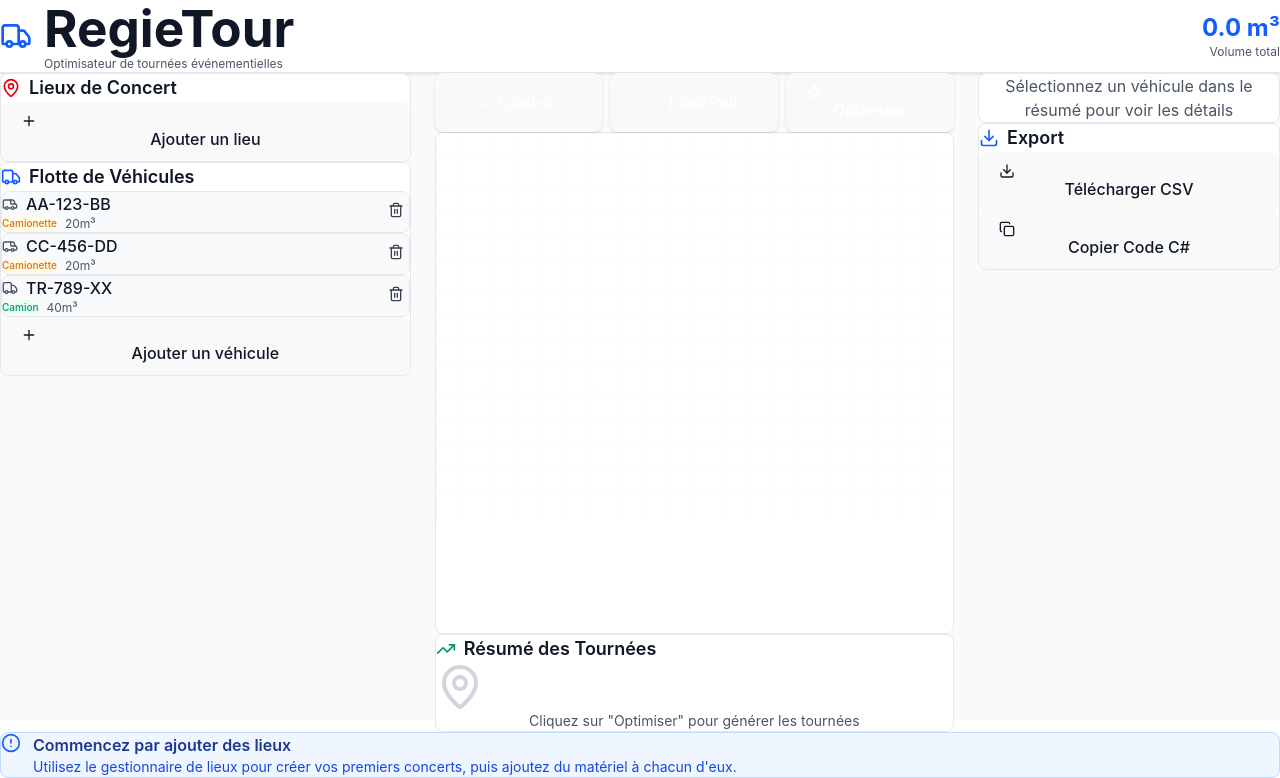
Repository: MaqlachMehdi/logipro
Page: /
These files come from the project's save history. The page is drawn as it stood at one moment and after a run of saves; the edit follows.
The browser window is 1280 px wide. The pictures show the whole page.
The project was rebuilt for these pictures with package versions that can differ from the ones it lists, and the page was loaded fresh each time. Also part of the build but not shown: vite.config.ts, src/components/ui/input.tsx, src/components/ui/label.tsx, src/components/VolumeEstimator.tsx, src/components/GearManager.tsx, src/components/ExportDatabase.tsx.

Above is the page before, as saved 2026-02-08 20:09:23.

After the next 6 saves:
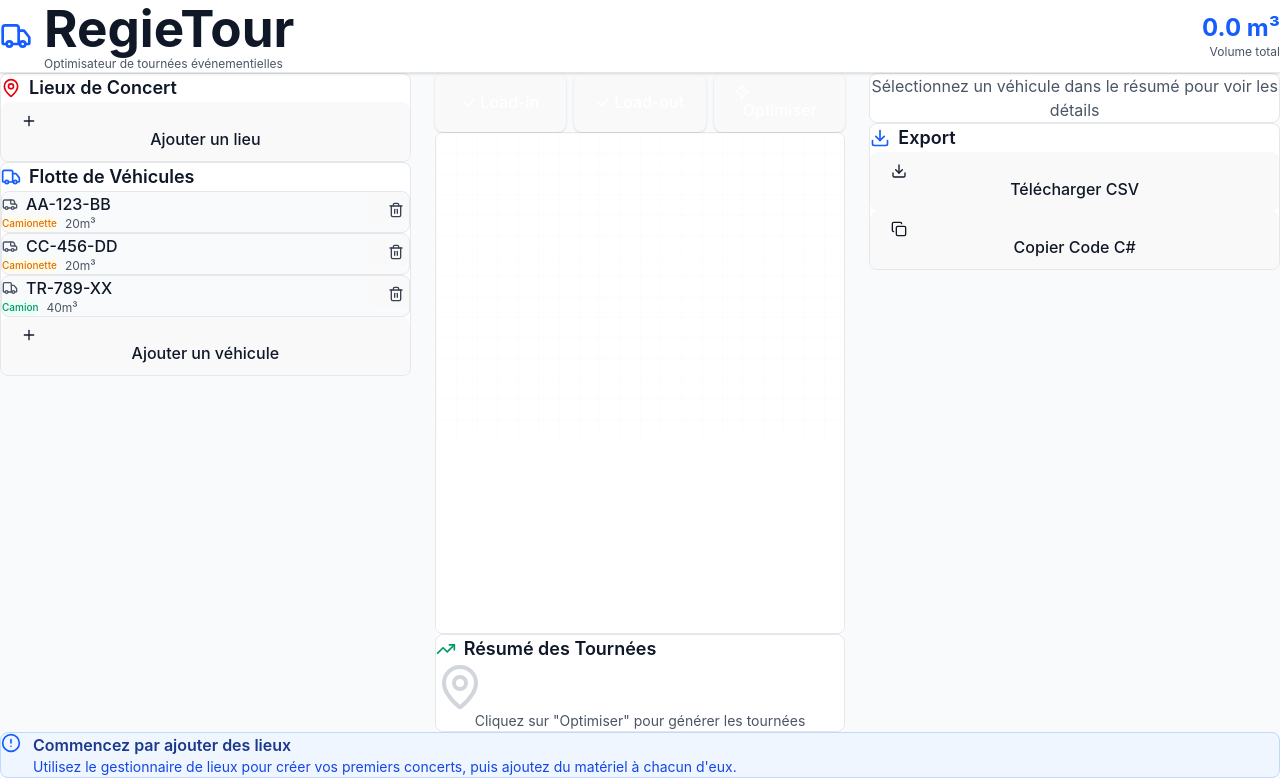
The 6 saves are shown as one change because 2 did not build or start and some came seconds apart.
The last was saved 35 s later.
--- a/src/App.tsx
+++ b/src/App.tsx
@@ -117,13 +117,13 @@ export default function App() {
   };
 
   return (
-    <div className="min-h-screen bg-gray-50 text-gray-900">
+    <div className="flex flex-col min-h-screen bg-gray-50 text-gray-900">
       {/* Header */}
-      <header className="bg-white border-b border-gray-200 px-6 py-4 shadow-sm">
+      <header className="sticky top-0 z-50 bg-white border-b border-gray-200 px-6 py-3 shadow-sm">
         <div className="max-w-7xl mx-auto">
           <div className="flex items-center justify-between">
             <div className="flex items-center gap-3">
-              <Truck className="w-8 h-8 text-blue-600" />
+              <Truck className="w-8 h-8 text-blue-600 flex-shrink-0" />
               <div>
                 <h1 className="text-2xl font-bold text-gray-900">RegieTour</h1>
                 <p className="text-xs text-gray-600">Optimisateur de tournées événementielles</p>
@@ -138,10 +138,11 @@ export default function App() {
       </header>
 
       {/* Main Content */}
-      <main className="max-w-7xl mx-auto px-6 py-8">
-        <div className="grid grid-cols-12 gap-6">
-          {/* Left Panel - Configuration */}
-          <div className="col-span-12 lg:col-span-4 space-y-6">
+      <main className="flex-1 w-full bg-gray-50">
+        <div className="max-w-full lg:max-w-7xl mx-auto px-4 sm:px-6 lg:px-8 py-6">
+          <div className="grid grid-cols-1 md:grid-cols-2 lg:grid-cols-3 gap-6">
+            {/* Left Panel - Configuration */}
+            <div className="col-span-1 space-y-6">
             <SpotManager
               spots={state.spots}
               selectedSpotId={state.selectedSpotId}
@@ -172,7 +173,7 @@ export default function App() {
           </div>
 
           {/* Center Panel - Map and Routes */}
-          <div className="col-span-12 lg:col-span-5 space-y-6">
+          <div className="col-span-1 space-y-6">
             <div className="space-y-3">
               <div className="flex gap-2">
                 <Button
@@ -220,7 +221,7 @@ export default function App() {
           </div>
 
           {/* Right Panel - Details and Export */}
-          <div className="col-span-12 lg:col-span-3 space-y-6">
+          <div className="col-span-1 space-y-6">
             <VehicleDetail
               routes={state.routes}
               vehicles={state.vehicles}
@@ -254,16 +255,19 @@ export default function App() {
 
         {/* Warnings */}
         {state.spots.length === 0 && (
-          <div className="mt-8 p-4 bg-blue-50 border border-blue-200 rounded-lg flex items-start gap-3">
-            <AlertCircle className="w-5 h-5 text-blue-600 mt-0.5 flex-shrink-0" />
-            <div>
-              <h3 className="font-semibold text-blue-900">Commencez par ajouter des lieux</h3>
-              <p className="text-sm text-blue-700 mt-1">
-                Utilisez le gestionnaire de lieux pour créer vos premiers concerts, puis ajoutez du matériel à chacun d'eux.
-              </p>
+          <div className="col-span-1 md:col-span-2 lg:col-span-3 mt-6">
+            <div className="p-4 bg-blue-50 border border-blue-200 rounded-lg flex items-start gap-3">
+              <AlertCircle className="w-5 h-5 text-blue-600 mt-0.5 flex-shrink-0" />
+              <div>
+                <h3 className="font-semibold text-blue-900">Commencez par ajouter des lieux</h3>
+                <p className="text-sm text-blue-700 mt-1">
+                  Utilisez le gestionnaire de lieux pour créer vos premiers concerts, puis ajoutez du matériel à chacun d'eux.
+                </p>
+              </div>
             </div>
           </div>
         )}
+        </div>
       </main>
     </div>
   );
